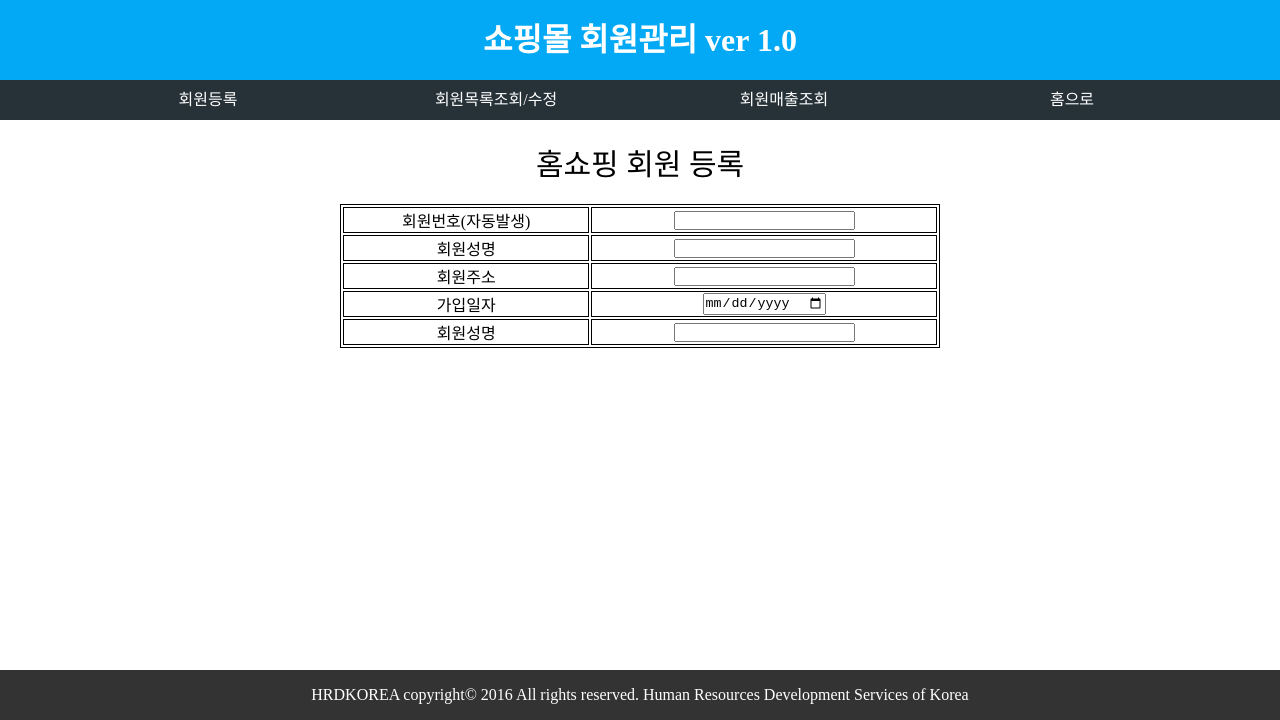
Repository: choiyuhee0722/two-crud
Page: http://localhost/HRD_000/WEB-INF/view/memberInput.jsp
An editor plug-in stored every save of this project. The page is shown before and after the next save, followed by the edit.
The browser window is 1280 px wide. The pictures show the whole page.
The page is served by Tomcat 9. Nobody is signed in. The template is opened directly, without the code that normally fills it, so the values that code supplies are empty.

Above is the page before, as saved 2024-03-27 10:45:08.

After the next save:
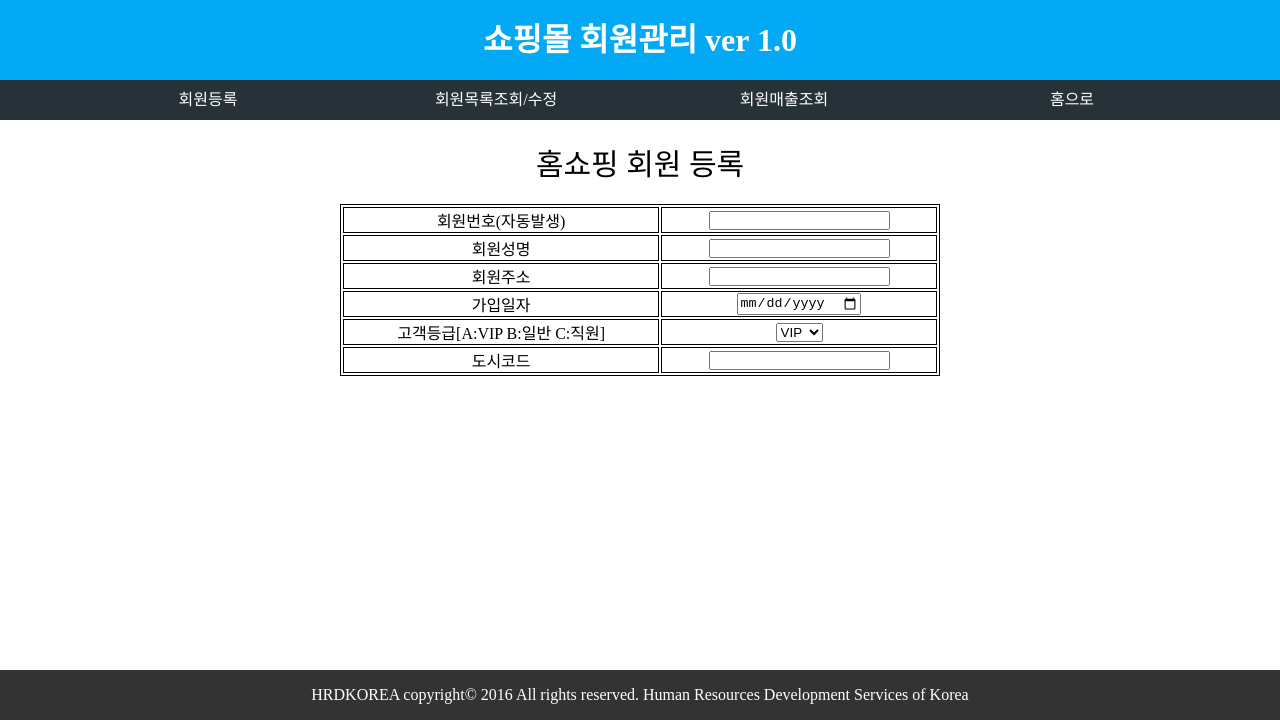
Saved 3 min 5 s later.
--- a/HRD_000/src/main/webapp/WEB-INF/view/memberInput.jsp
+++ b/HRD_000/src/main/webapp/WEB-INF/view/memberInput.jsp
@@ -25,10 +25,18 @@
     				<td><input type="date" id="joindate" name="joindate"></td>
     			</tr>
     			<tr>
-    				<td>회원성명</td>
-    				<td><input type="text" id="phone" name="phone"></td>
+    				<td>고객등급[A:VIP B:일반 C:직원]</td>
+    				<td><select id="grade" name="grade">
+    					<option value="A">VIP</option>
+    					<option value="B">일반</option>
+    					<option value="C">직원</option>
+    					</select>
+    				</td>
     			</tr>
-
+    			<tr>
+    				<td>도시코드</td>
+    				<td><input type="text" id="city" name=""city""></td>
+    			</tr>
     		</table>
     	</form>
     </div>
